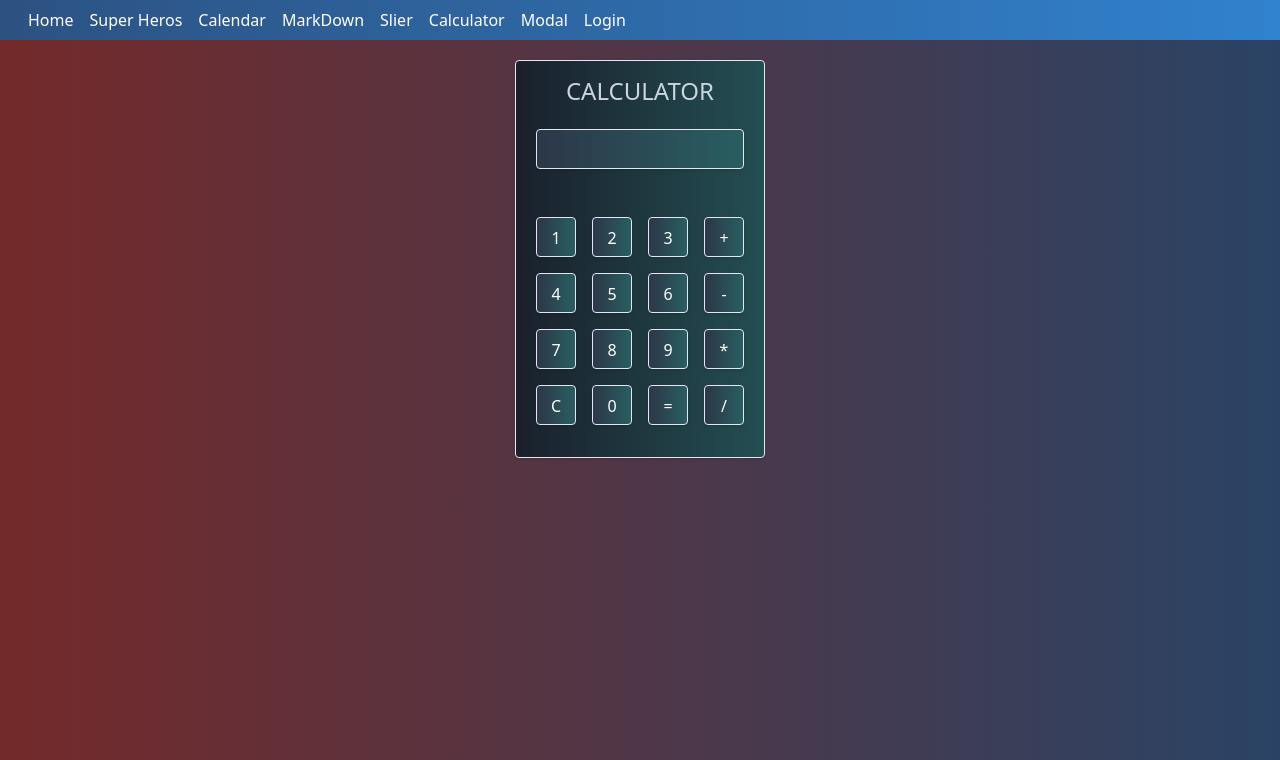
Repository: kshvkndl/VueFullCoursePractice
Page: /calculator
An editor plug-in stored every save of this project. The page is shown before and after the next save, followed by the edit.
The browser window is 1280 px wide. The pictures show the whole page.
The project was rebuilt for these pictures with package versions that can differ from the ones it lists, and the page was loaded fresh each time. Also part of the build but not shown: src/components/login/GoogleLogin.vue, src/components/LoginModal.vue, src/pages/SuperHeros.vue, src/pages/Calender.vue, src/pages/Home.vue, src/utilities/mixins/debounce.js, src/pages/MarkDown.vue, src/pages/Slider.vue and 2 more.

Above is the page before, as saved 2020-11-24 21:30:11.

After the next save:
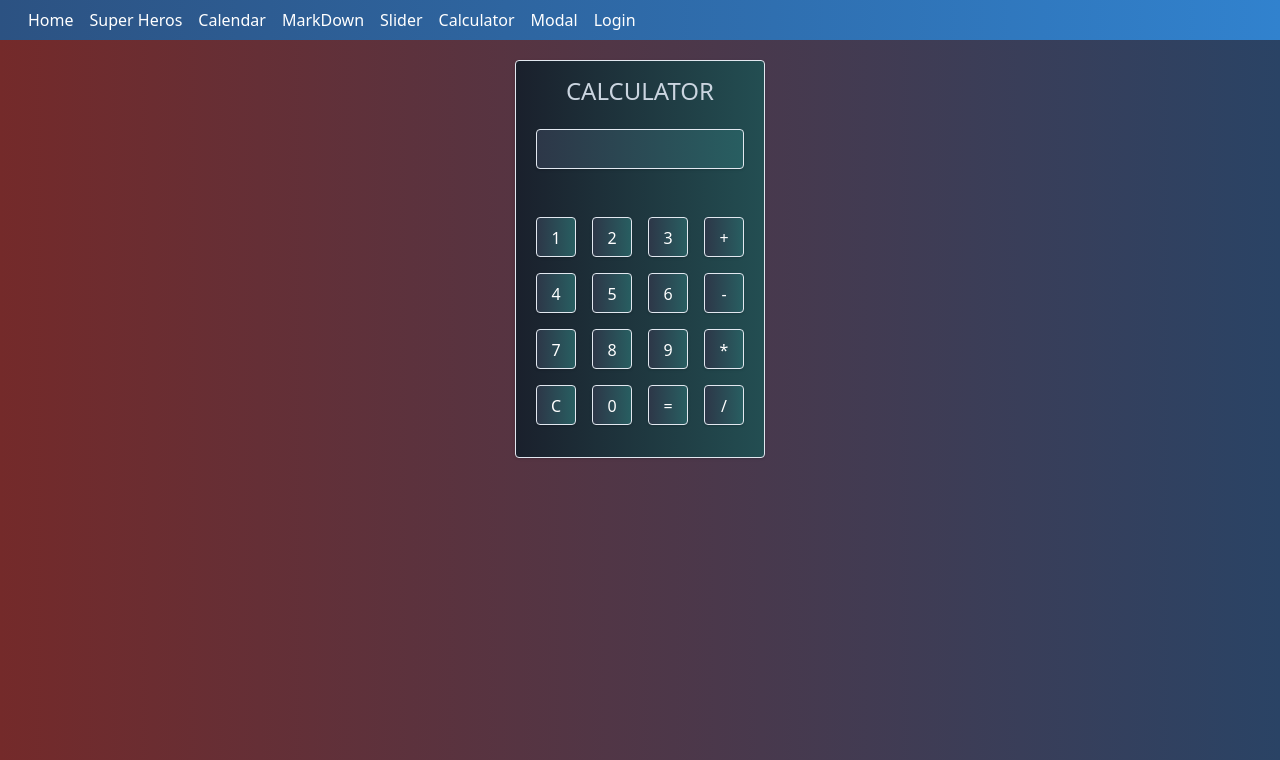
Saved 1 s later.
--- a/src/components/AppHeader.vue
+++ b/src/components/AppHeader.vue
@@ -29,7 +29,7 @@ export default {
         { title: "Super Heros", to: "/super-heros" },
         { title: "Calendar", to: "/calendar" },
         { title: "MarkDown", to: "/markdown" },
-        { title: "Slier", to: "/slider-carousel" },
+        { title: "Slider", to: "/slider-carousel" },
         { title: "Calculator", to: "/calculator" },
         { title: "Modal", to: "/reusable-modal" },
       ],
